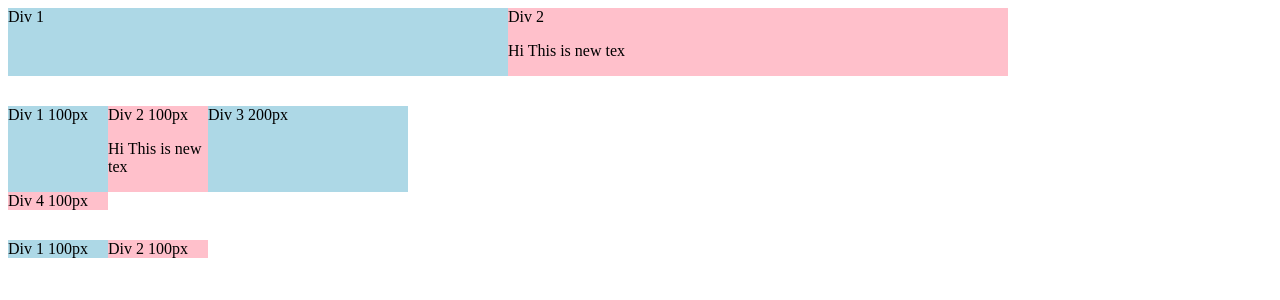
Repository: RagulRanjeeth/Frontend
Page: Exercises/Grids.html
The author's editor kept a copy of each file at every save. The page is drawn from the files as they stood at one save, then again after a run of saves.
The browser window is 1280 px wide. The pictures show the whole page.

Above is the page before, as saved 2026-01-25 15:58:58.

### Exercises/Grids.html
<!DOCTYPE html>
<html>
    <head>
        <title>Grid Practice</title>
    </head>
    <body>
        <div style="
        display: grid;
        grid-template-columns: 500px 500px;
        ">
            <div style="background-color: lightblue">Div 1</div>
            <div style="background-color: rgb(255, 192, 203)">Div 2 <p>Hi This is new tex</p></div>
        </div>

            <div style="
            display: grid;
            grid-template-columns: 100px 100px 200px;
            margin-top: 30px;
            ">
                <div style="background-color: lightblue">Div 1  100px</div>
                <div style="background-color: rgb(255, 192, 203)">Div 2 100px<p>Hi This is new tex</p></div>
                <div style="background-color: lightblue">Div 3 200px</div>
                <div style="background-color: rgb(255, 192, 203)">Div 4 100px</div>
            </div>


            <div style="
            display: grid;
            grid-template-columns: 100px 100px 200px;
            margin-top: 30px;
            ">
                <div style="background-color: lightblue">Div 1  100px</div>
                <div style="background-color: rgb(255, 192, 203)">Div 2 100px</div>
            </div>


    </body>
</html>

After the next 2 saves:
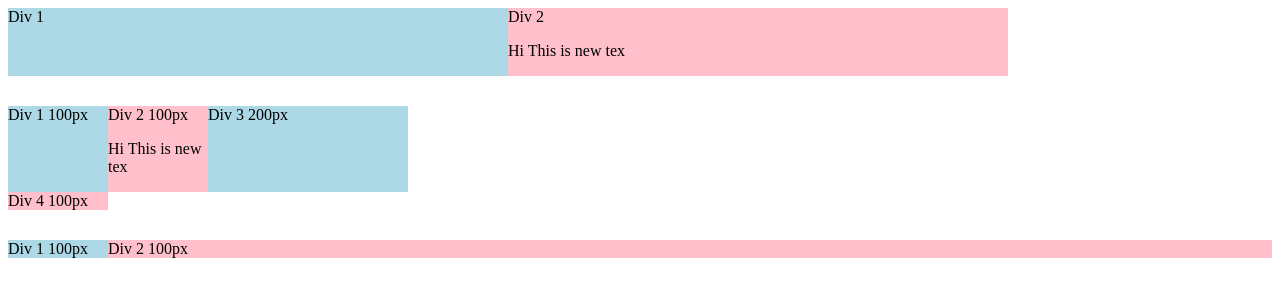
The 2 saves are shown as one change because they came seconds apart.
The last was saved 20 s later.
--- a/Exercises/Grids.html
+++ b/Exercises/Grids.html
@@ -26,7 +26,7 @@
 
             <div style="
             display: grid;
-            grid-template-columns: 100px 100px 200px;
+            grid-template-columns: 100px 1fr;
             margin-top: 30px;
             ">
                 <div style="background-color: lightblue">Div 1  100px</div>
